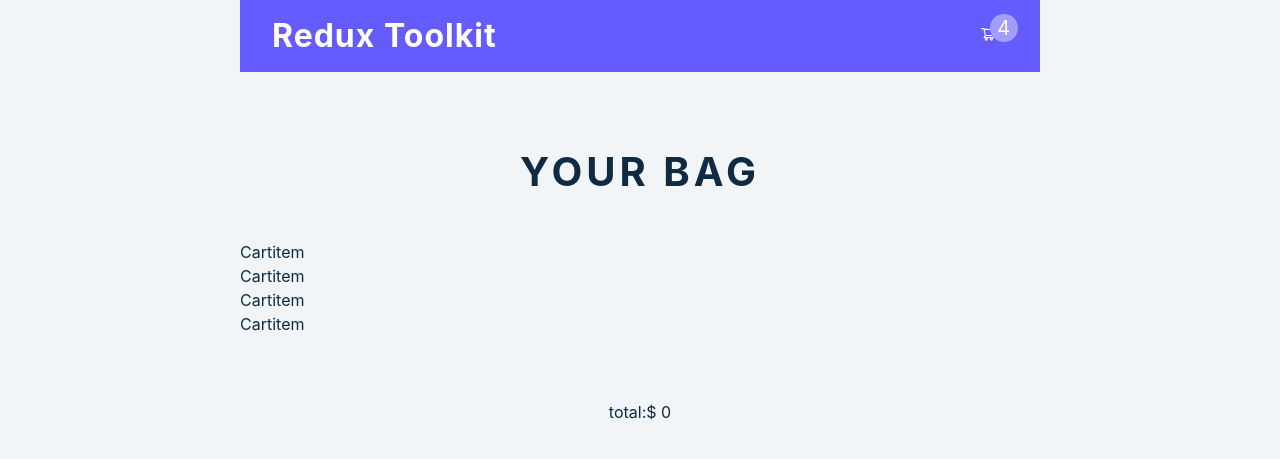
Repository: Nurlan-Bakenbaev/ReduxToolit
Page: /
These files come from the project's save history. The page is drawn as it stood at one moment and after a run of saves; the edit follows.
The browser window is 1280 px wide. The pictures show the whole page.
The project was rebuilt for these pictures with package versions that can differ from the ones it lists, and the page was loaded fresh each time.

Above is the page before, as saved 2023-11-08 23:26:11.

After the next 4 saves:
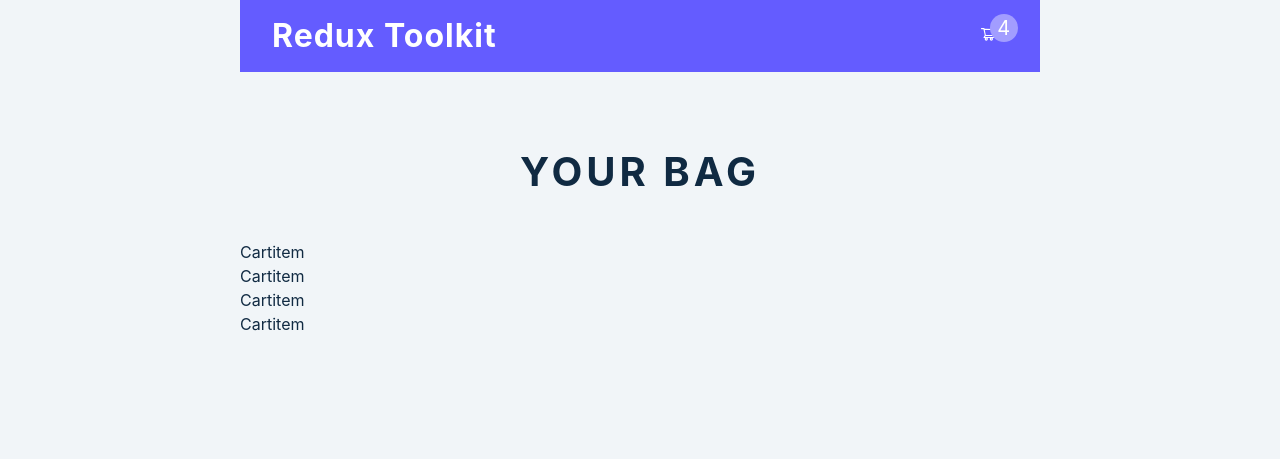
The 4 saves are shown as one change because they came seconds apart.
The last was saved 43 s later.
--- a/src/components/CartContainer.js
+++ b/src/components/CartContainer.js
@@ -23,7 +23,9 @@
       {cartItems?.map((item) => (
         <Cartitem key={item.id} {...item} />
       ))}
-      <footer>total:$ {total} </footer>
+      <footer>
+        <div></div>
+      </footer>
     </section>
   );
 };
